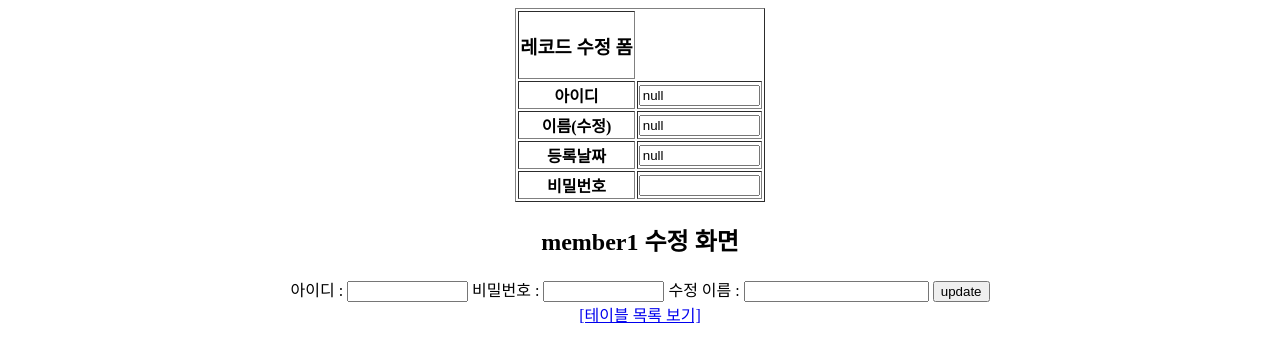
Repository: LTaeHoon/javajsp_ncs
Page: http://localhost/chap05_DataBase/db_exam/UpdateForm.jsp?id=null&name=null&date=null
The author's editor kept a copy of each file at every save. The page is drawn from the files as they stood at one save, then again after the next save.
The browser window is 1280 px wide. The pictures show the whole page.
The page is served by Tomcat 9. Other server files are loaded and not shown.

Above is the page before, as saved 2017-01-19 02:14:43.

### chap05_DataBase/WebContent/db_exam/UpdateForm.jsp
<%@ page language="java" contentType="text/html; charset=UTF-8"
    pageEncoding="UTF-8"%>
<!-- UpdateForm.jsp -->
<%
	String get_id = request.getParameter("id");
String get_name = request.getParameter("name");
String get_date = request.getParameter("reg_date");

%>
<!DOCTYPE html PUBLIC "-//W3C//DTD HTML 4.01 Transitional//EN" "http://www.w3.org/TR/html4/loose.dtd">
<html>
<head>
<meta http-equiv="Content-Type" content="text/html; charset=UTF-8">
<title>수정 폼</title>
</head>
<body>
   <div align="center">
   	<table border="1">
   		<tr>
   			<th><h3>레코드 수정 폼</h3></th>
   		</tr>
   		<tr>
   			<th>아이디</th>
   			<td><input name="id" size="12" readonly="readonly" value="<%=get_id%>"/></td>
   		</tr>
   	    <tr>
   			<th>이름(수정)</th>
   			<td><input name="id" size="12" value="<%=get_name%>"/></td>
   		</tr>

   	    <tr>
   			<th>등록날짜</th>
   			<td><input name="id" size="12" readonly="readonly" value="<%=get_date%>"/></td>
   		</tr>
   	    <tr>
   			<th>비밀번호</th>
   			<td><input name="id" size="12"/></td>
   		</tr>

   	</table>
      <h2> member1 수정 화면</h2>
      <form action="UpdatePro.jsp" method="post">
        아이디 : <input name = "id"  size="12"/>
        비밀번호 : <input type="password" name="passwd" size="12"/>
        수정 이름 : <input name="name"/>
      <input type="submit" value="update">
      </form>
      <a href="SelectTest.jsp">[테이블 목록 보기]</a>
   </div>
</body>
</html>

After the next save:
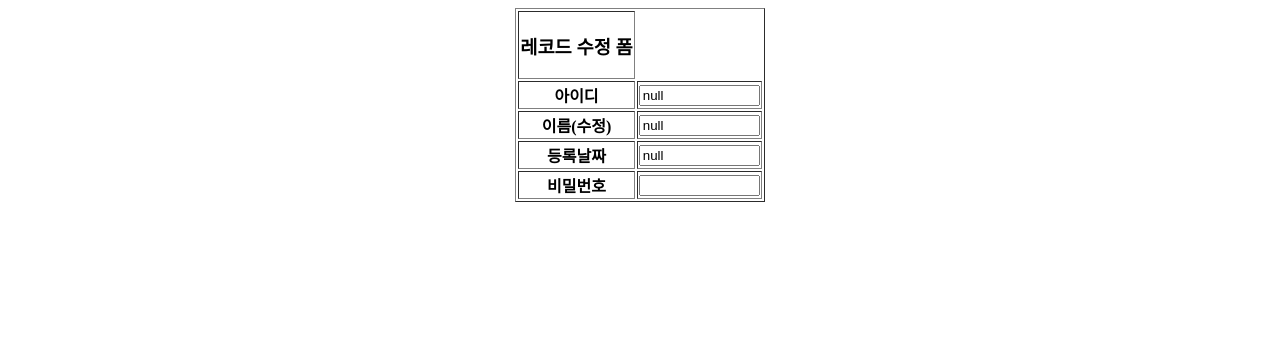
Saved 59 s later.
--- a/chap05_DataBase/WebContent/db_exam/UpdateForm.jsp
+++ b/chap05_DataBase/WebContent/db_exam/UpdateForm.jsp
@@ -38,14 +38,7 @@ String get_date = request.getParameter("reg_date");
    		</tr>
 
    	</table>
-      <h2> member1 수정 화면</h2>
-      <form action="UpdatePro.jsp" method="post">
-        아이디 : <input name = "id"  size="12"/>
-        비밀번호 : <input type="password" name="passwd" size="12"/>
-        수정 이름 : <input name="name"/>
-      <input type="submit" value="update">
-      </form>
-      <a href="SelectTest.jsp">[테이블 목록 보기]</a>
+
    </div>
 </body>
 </html>
